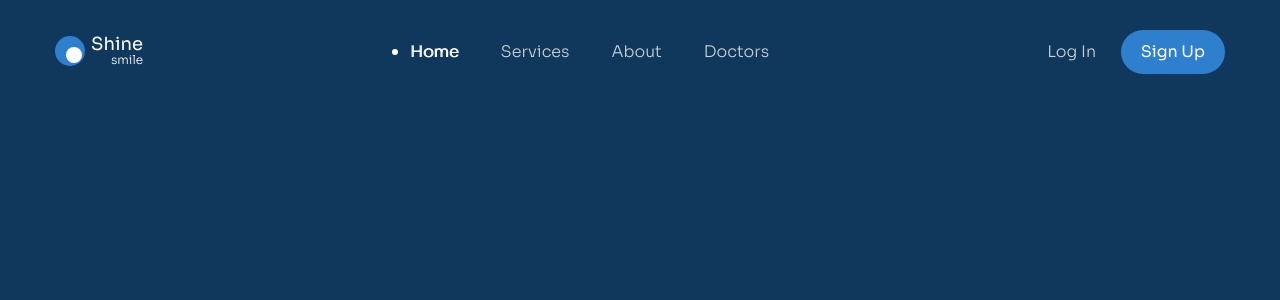
Repository: Tran-Dat/F8_Project_03
Page: index.html
An editor plug-in stored every save of this project. The page is shown before and after the next save, followed by the edit.
The browser window is 1280 px wide. The pictures show the whole page.
The pointer rests on the first visible `.btn`.

Above is the page before, as saved 2023-04-03 10:05:31.

### index.html
<!DOCTYPE html>
<html lang="en">
    <head>
        <meta charset="UTF-8" />
        <meta http-equiv="X-UA-Compatible" content="IE=edge" />
        <meta name="viewport" content="width=device-width, initial-scale=1.0" />
        <title>shine smile</title>

        <!-- Favicon -->
        <link rel="apple-touch-icon" sizes="57x57" href="./assets/favicon/" />
        <link
            rel="apple-touch-icon"
            sizes="60x60"
            href="./assets/favicon/apple-icon-60x60.png"
        />
        <link
            rel="apple-touch-icon"
            sizes="72x72"
            href="./assets/favicon/apple-icon-72x72.png"
        />
        <link
            rel="apple-touch-icon"
            sizes="76x76"
            href="./assets/favicon/apple-icon-76x76.png"
        />
        <link
            rel="apple-touch-icon"
            sizes="114x114"
            href="./assets/favicon/apple-icon-114x114.png"
        />
        <link
            rel="apple-touch-icon"
            sizes="120x120"
            href="./assets/favicon/apple-icon-120x120.png"
        />
        <link
            rel="apple-touch-icon"
            sizes="144x144"
            href="./assets/favicon/apple-icon-144x144.png"
        />
        <link
            rel="apple-touch-icon"
            sizes="152x152"
            href="./assets/favicon/apple-icon-152x152.png"
        />
        <link
            rel="apple-touch-icon"
            sizes="180x180"
            href="./assets/favicon/apple-icon-180x180.png"
        />
        <link
            rel="icon"
            type="image/png"
            sizes="192x192"
            href="./assets/favicon/android-icon-192x192.png"
        />
        <link
            rel="icon"
            type="image/png"
            sizes="32x32"
            href="./assets/favicon/favicon-32x32.png"
        />
        <link
            rel="icon"
            type="image/png"
            sizes="96x96"
            href="./assets/favicon/favicon-96x96.png"
        />
        <link
            rel="icon"
            type="image/png"
            sizes="16x16"
            href="./assets/favicon/favicon-16x16.png"
        />
        <link rel="manifest" href="./assets/favicon/manifest.json" />
        <meta name="msapplication-TileColor" content="#ffffff" />
        <meta
            name="msapplication-TileImage"
            content="./assets/favicon/ms-icon-144x144.png"
        />
        <meta name="theme-color" content="#ffffff" />

        <!-- Emmet Fonts -->
        <link rel="preconnect" href="https://fonts.googleapis.com" />
        <link rel="preconnect" href="https://fonts.gstatic.com" crossorigin />
        <link
            href="https://fonts.googleapis.com/css2?family=Sora:wght@300;400;500;600;700;800&display=swap"
            rel="stylesheet"
        />

        <!-- Reset Css -->
        <link rel="stylesheet" href="./assets/css/reset.css" />
        <link rel="stylesheet" href="./assets/css/style.css" />
    </head>
    <body>
        <header class="header">
            <div class="container">
                <div class="header-top">
                    <!-- Logo -->
                    <a href="/">
                        <div class="logo">
                            <span class="logo__circle"> </span>
                            <span class="logo__text">
                                <span class="logo__brand">Shine</span>
                                <span class="logo__brand logo__brand--small">
                                    smile
                                </span>
                            </span>
                        </div>
                    </a>

                    <!-- NavBar -->
                    <nav class="navbar">
                        <ul class="navbar__list">
                            <li class="navbar__item">
                                <a
                                    href="#!"
                                    class="navbar__link navbar__item--active"
                                >
                                    Home
                                </a>
                            </li>
                            <li class="navbar__item">
                                <a href="#!" class="navbar__link">Services</a>
                            </li>
                            <li class="navbar__item">
                                <a href="#!" class="navbar__link">About</a>
                            </li>
                            <li class="navbar__item">
                                <a href="#!" class="navbar__link">Doctors</a>
                            </li>
                        </ul>
                    </nav>

                    <!-- Action -->
                    <div class="action">
                        <a href="" class="action__login">Log In</a>
                        <a href="" class="btn action__signup">Sign Up</a>
                    </div>
                </div>
            </div>
        </header>
    </body>
</html>

### assets/css/style.css
* {
    box-sizing: border-box;
}

:root {
    --header-bg: #10375c;
}

html {
    font-size: 62.5%;
}

body {
    font-size: 1.6rem;
    font-family: "Sora", sans-serif;
}

/* ================================================================ Common ================================================================ */

.btn {
    --heigh: 60px;

    display: inline-block;
    min-width: 205px;
    padding: 0 20px;
    height: var(--height);
    text-align: center;
    font-size: 1.6rem;
    font-weight: 400;
    line-height: var(--height);
    border-radius: 99px;
    color: #fff;
    background: #2e80ce;
}

a {
    text-decoration: none;
}

.container {
    width: 1170px;
    max-width: calc(100% - 48px);
    margin: 0 auto;
}

/* ================================================================ Header ================================================================ */

.header {
    min-height: 100vh;
    background: var(--header-bg);
    padding-top: 30px;
}

.header-top {
    display: flex;
    justify-content: space-between;
    align-items: center;
}

.logo {
    display: inline-flex;
    position: relative;
    font-size: 1rem;
}

.logo__circle::before,
.logo__circle::after {
    content: "";
    display: inline-block;
    border-radius: 50%;
}

.logo__circle::before {
    width: 3em;
    height: 3em;
    background: #2e80ce;
}

.logo__circle::after {
    position: absolute;
    top: 1.1em;
    left: 1.1em;
    width: 1.6em;
    height: 1.6em;
    background: #fff;
}

.logo__text {
    margin-left: 0.6em;
    text-align: right;
    line-height: 1.6em;
}

.logo__brand {
    display: block;
    font-size: 1.8em;
    font-weight: 400;
    color: #fff;
}

.logo__brand--small {
    font-size: 1.2em;
    font-weight: 300;
}

.navbar__list {
    display: flex;
}

.action__login,
.navbar__link {
    padding: 4px 21px;
    font-weight: 300;
    font-size: 1.6rem;
    line-height: 1.75;
    color: #c9d2da;
}

.navbar__link:hover,
.navbar__item--active {
    text-shadow: 1px 0 0 currentColor;
    color: #fff;
}

.navbar__item--active::before {
    position: relative;
    left: -8px;
    top: -2px;
    content: "";
    display: inline-block;
    width: 6px;
    height: 6px;
    border-radius: 50%;
    background-color: #fff;
}

.action__signup {
    --height: 44px;
    height: var(--height);
    min-width: 104px;
}

Loaded but not shown: assets/css/reset.css (common file); assets/favicon/manifest.json (common file)

After the next save:
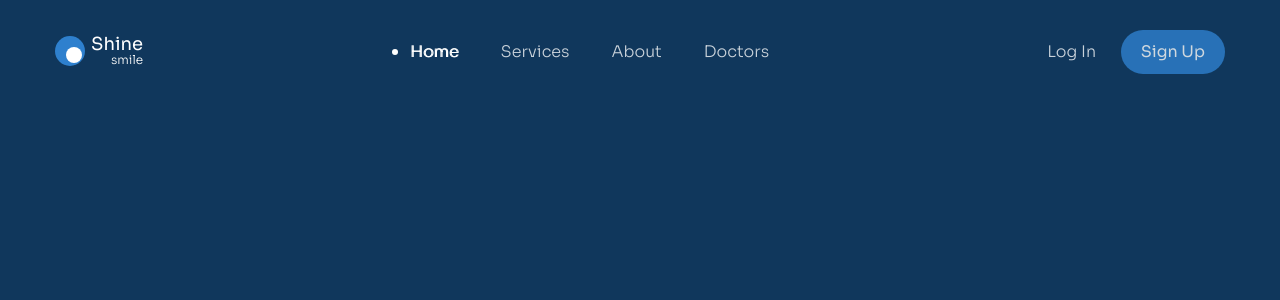
Saved 36 s later.
--- a/assets/css/style.css
+++ b/assets/css/style.css
@@ -31,6 +31,10 @@ body {
     border-radius: 99px;
     color: #fff;
     background: #2e80ce;
+}
+
+.btn:hover {
+    opacity: 0.8;
 }
 
 a {
